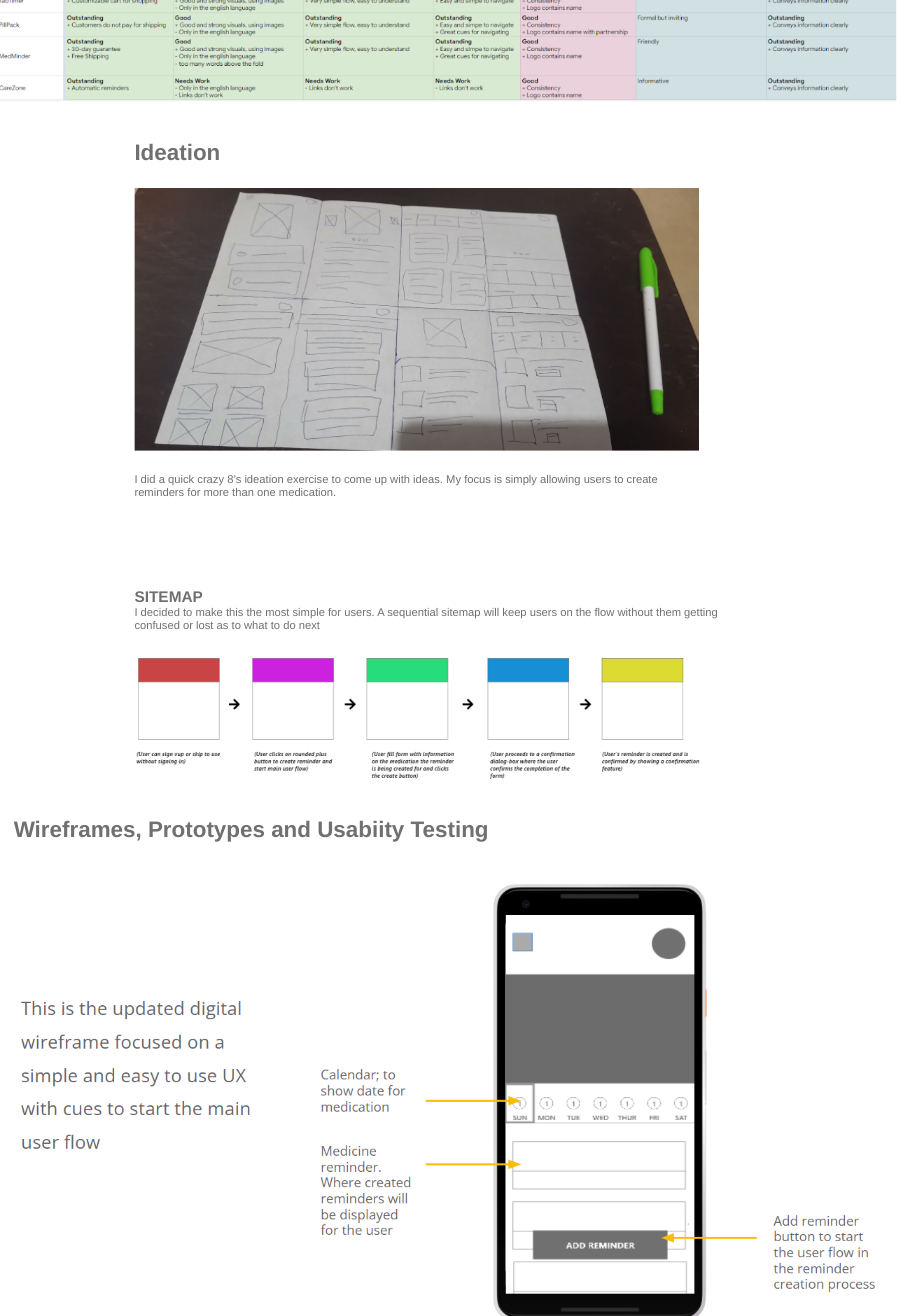
Repository: Kudom-E/Kudom-E.github.io
Page: /#/cross-platform-medicine-reminder
The author's editor kept a copy of each file at every save. The page is drawn from the files as they stood at one save, then again after the next save.
The browser window is 1280 px wide. The page is 1297 px wide, so the pictures cover 1297 px, including what lies to the right of the window. The pictures show the part of the page from y = 4620 to 6500 px (the page is 13696 px tall), at 70% of full size.
The project was rebuilt for these pictures with package versions that can differ from the ones it lists, and the page was loaded fresh each time. Also part of the build but not shown: next.config.js, src/Pages/Home/Home.js, src/Pages/Splash/Splash.js, src/Pages/About/About.js, src/Pages/Contact/Contact.js, src/Pages/Project/Project.js, src/Pages/Project/Second.js, src/App.css.

Above is the page before, as saved 2022-04-03 03:53:24.

After the next save:
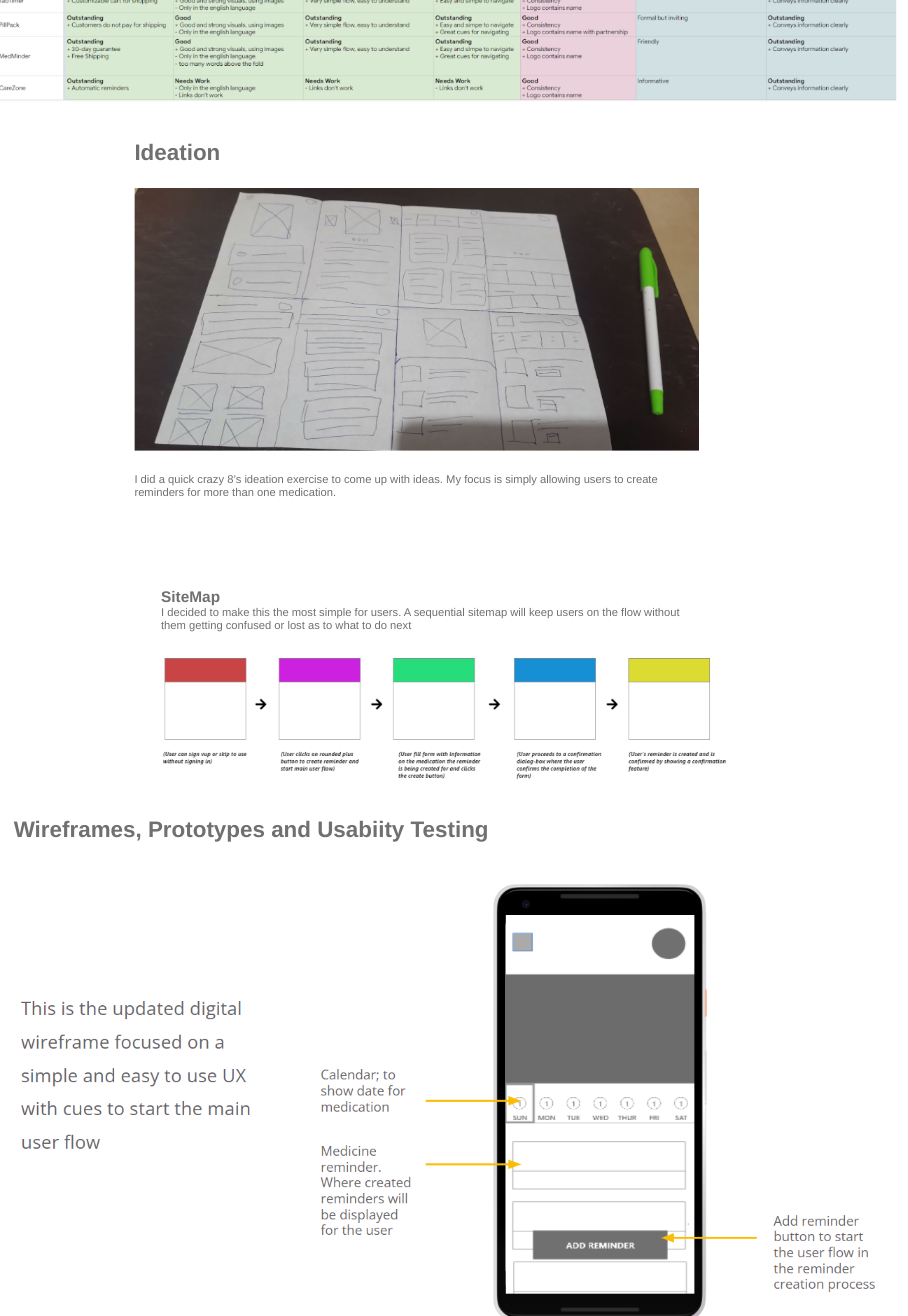
Saved 64 s later.
--- a/src/Pages/Project/Third.js
+++ b/src/Pages/Project/Third.js
@@ -113,8 +113,8 @@
         </section>
         <section>
             <div>
-                <h3>SITEMAP</h3>
-                <p style={{width: "70vw"}}>I decided to make this the most simple for users.
+                <h3>SiteMap</h3>
+                <p style={{width: "60vw"}}>I decided to make this the most simple for users.
                 A sequential sitemap will keep users on the flow without them getting confused
                 or lost as to what to do next
                 </p>
